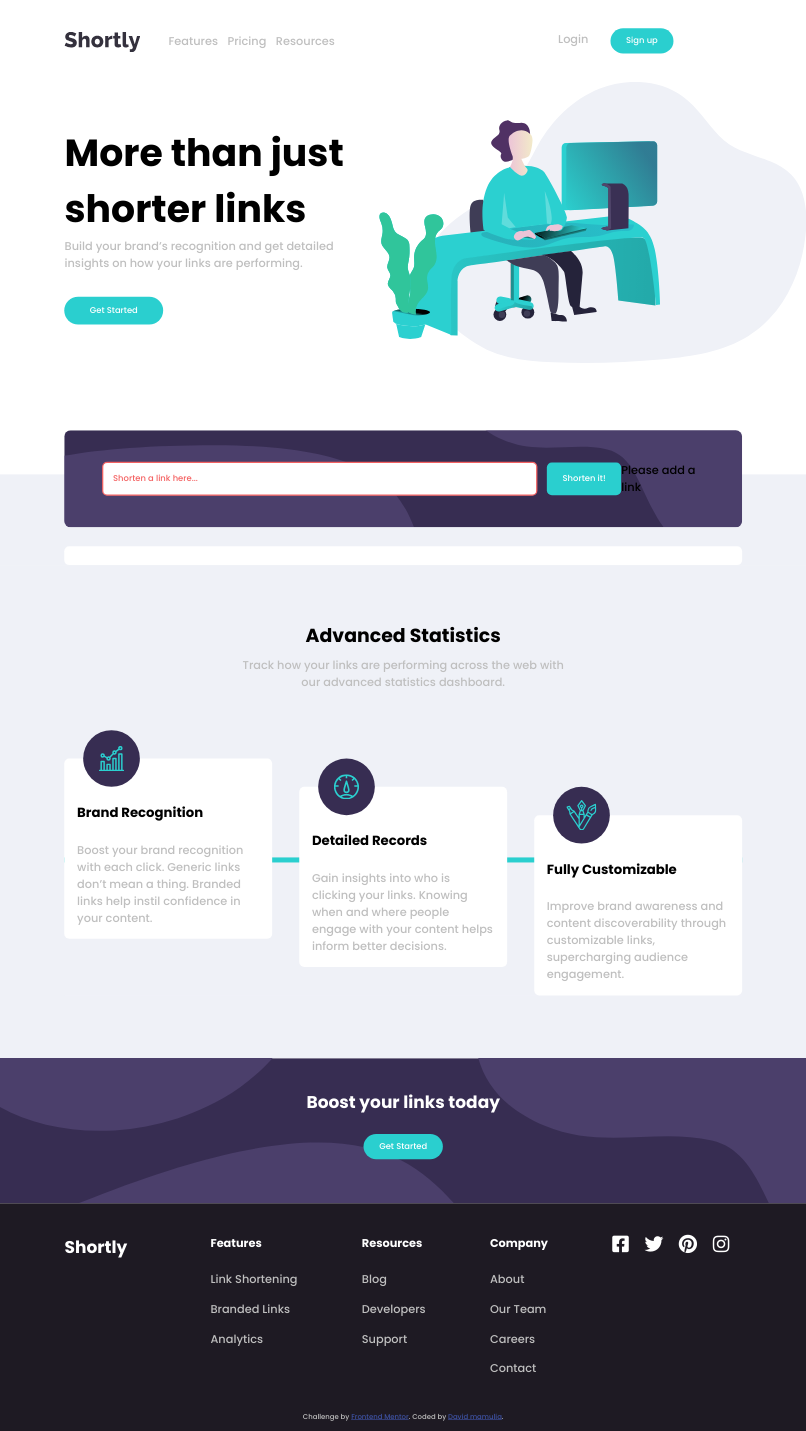
Repository: mamulini/URL-shortener
Page: index.html
The author's editor kept a copy of each file at every save. The page is drawn from the files as they stood at one save, then again after a run of saves.
The browser window is 1280 px wide. The pictures show the whole page, at 63% of full size.
Some web libraries are served in a nearby version. The style sheet was rebuilt from its Sass, Less or Tailwind sources for each picture, by a compiler version that may differ from the author's.

Above is the page before, as saved 2020-04-16 22:46:00.

### index.html
<!DOCTYPE html>
<html lang="en">
<head>
  <meta charset="UTF-8">
  <meta name="viewport" content="width=device-width, initial-scale=1.0"> <!-- displays site properly based on user's device -->

  <link rel="icon" type="image/png" sizes="32x32" href="./images/favicon-32x32.png">
  <link rel="stylesheet" href="https://cdnjs.cloudflare.com/ajax/libs/font-awesome/5.13.0/css/all.min.css">
  <link rel="stylesheet" href="./sass/main.css">

  <title>Frontend Mentor | Shortly URL shortening API Challenge</title>

  <!-- Feel free to remove these styles or customise in your own stylesheet 👍 -->

</head>
<body>
  <header class="header container">
    <a href="/" class="header__logo"><img src="./images/logo.svg" alt="logo">
    </a>
    <nav class="nav">
      <ul class="nav__menu">
        <li class="nav__item"><a class="nav__link" href="#">Features</a></li>
        <li class="nav__item"><a class="nav__link" href="#">Pricing</a></li>
        <li class="nav__item"><a class="nav__link" href="#">Resources</a></li>
      </ul>
    </nav>
    <div class="user">
      <a class="user__login" href="#" >Login</a>
      <button class="user__sign-up btn--blue" type="button">Sign up</button>
    </div>

  </header>
  <main class="main">
    <div class="intro">
      <div class="intro__description">
        <h1 class="intro__title">More than just shorter links</h1>
        <p class="intro__subtitle">Build your brand’s recognition and get detailed <br> insights
          on how your links are performing.</p>
        <button class="intro__btn btn--blue">Get Started</button>

      </div>
      <div class="intro__img">
        <img src="./images/illustration-working.svg" alt="image">
      </div>
    </div>
    <div class="shorten ">
      <div class="shorten__handler container">
        <form class="shorten__form">
          <input class="shorten__input" type="url" pattern="https://.*" value="" placeholder="Shorten a link here...">
          <button class="shorten__btn btn--blue" type="button">Shorten it!</button>
          <p class="shorten__subtitle">Please add a link</p>
        </form>
      </div>
      <div class="shorten__links container">

      </div>
    </div>
    <div class="statistics ">
      <h2 class="statistics__title">Advanced Statistics</h2>
      <p class="statistics__subtitle">Track how your links are performing across the web with our
        advanced statistics dashboard.</p>
      <div class="blocks_wrapper container">
        <hr class="blocks_wrapper__line">
        <div class="block block--1">
          <div class="block__icon">
            <img src="./images/icon-brand-recognition.svg" alt="icon" >
          </div>
          <h3 class="block__title">Brand Recognition</h3>
          <p class="block__subtitle">Boost your brand recognition with each click. Generic links don’t
            mean a thing. Branded links help instil confidence in your content.</p>
        </div>
        <div class="block block--2">
          <div class="block__icon">
            <img src="./images/icon-detailed-records.svg" alt="icon" >
          </div>
          <h3 class="block__title">Detailed Records</h3>
          <p class="block__subtitle">Gain insights into who is clicking your links. Knowing when and where
            people engage with your content helps inform better decisions.</p>
        </div>
        <div class="block block--3">
          <div class="block__icon">
            <img src="./images/icon-fully-customizable.svg" alt="icon" >
          </div>
          <h3 class="block__title">Fully Customizable</h3>
          <p class="block__subtitle">Improve brand awareness and content discoverability through customizable
            links, supercharging audience engagement.</p>
        </div>

      </div>
    </div>
    <div class="link_booster">
      <h2 class="link_booster__title">Boost your links today</h2>
      <button class="link_booster__btn btn--blue">Get Started</button>
    </div>
  </main>
  <div class="footer">
    <div class="footer__wrapper container">
      <h2 class="footer__logo">Shortly</h2>
    <div class="footer__nav-wrapper">
      <h3 class="footer__nav-title">Features</h3>
      <ul class="footer__nav-list">
        <li class="footer__nav-li"><a class="footer__nav-link" href="#">Link Shortening</a></li>
        <li class="footer__nav-li"><a class="footer__nav-link" href="#">Branded Links</a></li>
        <li class="footer__nav-li"><a class="footer__nav-link" href="#">Analytics</a></li>
      </ul>
    </div>
    <div class="footer__nav-wrapper">
      <h3 class="footer__nav-title">Resources</h3>
      <ul class="footer__nav-list">
        <li class="footer__nav-li"><a class="footer__nav-link" href="#">Blog</a></li>
        <li class="footer__nav-li"><a class="footer__nav-link" href="#">Developers</a></li>
        <li class="footer__nav-li"><a class="footer__nav-link" href="#">Support</a></li>
      </ul>
    </div>
    <div class="footer__nav-wrapper">
      <h3 class="footer__nav-title">Company</h3>
      <ul class="footer__nav-list">
        <li class="footer__nav-li"><a class="footer__nav-link" href="#">About</a></li>
        <li class="footer__nav-li"><a class="footer__nav-link" href="#">Our Team</a></li>
        <li class="footer__nav-li"><a class="footer__nav-link" href="#">Careers</a></li>
        <li class="footer__nav-li"><a class="footer__nav-link" href="#">Contact</a></li>
      </ul>
    </div>
    <div class="footer__icons-wrapper">
      <a href="#"><i class="fab fa-facebook-square footer__icon"></i></a>
      <a href="#"><i  class="fab fa-twitter footer__icon"></i></a>
      <a href="#"><i class="fab fa-pinterest footer__icon"></i></a>
      <a href="#"><i class="fab fa-instagram footer__icon"></i></a>
    </div>

    </div>
    <div class="attribution">
      Challenge by <a href="https://www.frontendmentor.io?ref=challenge" target="_blank">Frontend Mentor</a>.
      Coded by <a href="#">David mamulia</a>.
    </div>
  </div>
  <script src="./js/main.js"></script>
</body>
</html>

### JS/main.js
const input = document.querySelector('.shorten__input');
const shortenBtn = document.querySelector('.shorten__btn');
// const url = "https://rel.ink/api/links/";

input.addEventListener("focus", () => {
    input.value = "https://";
});

class ShortLinks {
    constructor(url, shortUrl){
        this.url = url;
        this.shortUrl = shortUrl;
    }

    static render(obj){
        const content = `
            <div class="shorten__genarate">
                <span class="shorten__long-link">${obj.url}</span>
                <a class="shorten__short-link" href="${obj.shortUrl}" target="_blank">${obj.shortUrl}</a>
                <button class="shorten__copy btn--blue">Copy</button>
                <span class="shorten__close"><i class="far fa-window-close fa-2x"></i></span >
            </div>
        `;

        document.querySelector(".shorten__links").insertAdjacentHTML("afterbegin", content);
    }
}

let storedLinks = (JSON.parse(localStorage.getItem("locaLinks")));

if (storedLinks){
    storedLinks.forEach(link => {
        ShortLinks.render(link);
    });
}else{ storedLinks = []; }



shortenBtn.addEventListener("click", () => {
    async function inputHandle(){
        const res = await fetch("https://rel.ink/api/links/", {
            method:"POST",
            body: JSON.stringify( {url: `${input.value}`} ),
            headers: { 'Content-Type': 'application/json' }
        });

        if (res.status > 200 && res.status < 400){
            const data = await res.json();

            storedLinks.push(new ShortLinks(input.value, `https://rel.ink/${data.hashid}`));
            input.value = "";

            //save to localStorage
            localStorage.setItem("locaLinks", JSON.stringify(storedLinks));

            ShortLinks.render(storedLinks[storedLinks.length - 1]);
        }else{
            document.querySelector(".shorten__input").classList.add("invalid");
            document.querySelector("form p").style.display = "block";

            setTimeout(() => {
                document.querySelector(".shorten__input").classList.remove("invalid");
                document.querySelector("form p").style.display = "none";
            }, 2500);
        }
    };

    inputHandle();
});

document.querySelector(".shorten__handler").addEventListener("click", (e) => {
    if (e.target.classList.contains("fa-window-close")){
        const delUrl = e.target.parentNode.previousSibling.previousSibling.previousSibling.previousSibling.firstChild.innerText;
        storedLinks = storedLinks.filter(link => link.shortUrl != delUrl);
        //save to localStorage
        localStorage.setItem("locaLinks", JSON.stringify(storedLinks));
        //disappear from DOM
        e.target.parentNode.parentNode.remove();
    }
});

document.querySelector(".shorten__handler").addEventListener("click", (e) => {
    if (e.target.innerText == "Copy"){
        //turn all copy buttons to "Copy" again (in case of they are not)
        const copyButtons = document.querySelectorAll(".shorten__handler div button");

        for (let i = 0; i < copyButtons.length; i++){
            console.log(copyButtons[i]);
            copyButtons[i].style.backgroundColor = "hsl(180, 66%, 49%)";
            copyButtons[i].innerText = "Copy";
        }

        e.target.style.backgroundColor = "hsl(257, 27%, 26%)";
        e.target.innerText = "Copied!";

        //copy shorten link to keyboard
        const copy = e.target.parentNode.previousSibling.previousSibling.firstChild.innerText;
        const input = document.createElement('textarea');
        document.body.appendChild(input);
        input.value = copy;
        input.select();
        document.execCommand('Copy');
        input.remove();
    }
});










// function getUrl(){
//     let protocolOk = url.startsWith('http://') || url.startsWith('https://') || url.startsWith('ftp://');
//     if(!protocolOk) {
//         newUrl = 'http://' + url;
//         return newUrl;
//     }else {
//         return url;
//     }
// }

// function genHash(){
//     if (window.location.hash == ''){
//         window.location.hash = getRandom();
//     }
// }

// function shortUrl(){
//     let longUrl = getUrl();
//     genHash();
//     sendRequest(longurl);
// }
































// postData(url, data)
//                 .then(res => {
//                     console.log(res);
//                 })
//                 .catch(() => {

//                 })
//                 .finally(() => {
//                     clearInputs();
//                 });

### sass/main.scss
@import url('https://fonts.googleapis.com/css2?family=Poppins:wght@500;700&display=swap');

// colors
$text_gray: hsl(0, 0%, 75%);
$cyan_btn:  hsl(180, 66%, 49%);
$dark_bg : #372d52;
$dark_blue: #1e1a23;
$red : hsl(0, 87%, 67%);
$light_bg: #eff1f7;

* {
    padding: 0;
    margin: 0;
    box-sizing: border-box;
}

body{
    font-size: 18px;
    font-family: 'poppins', sans-serif;
    font-weight: 500;

}

img {
    max-width: 100%;
}

.container {
    max-width: 84%;
    margin: 0 auto;
}

.header {
    margin-top: 40px;
    margin-bottom: 40px;
    display: flex;
    justify-content: flex-start;
    align-items: center;
    &__logo{
        flex: 0 0 25%;
        max-width: 150px;
        margin-top: 10px;
    }
}

.nav{
    flex: 0 0 25%;
    &__menu{
        display: flex;
        justify-content: space-between;
        list-style: none;

    }

    &__item{
        margin-left: 15px;
    }

    &__link{
        text-decoration: none;
        color: $text_gray;
        &:hover{
            color: #000000;
        }
    }
}

.user{
    flex: 0 0 50%;
    text-align: right;

    &__login{
        color: $text_gray;
        margin-right: 30px;
        text-decoration: none;
        &:hover{
            color: #000000;
        }
    }
}

.btn--blue{
    padding: 10px 25px;
    border: none;
    cursor: pointer;
    display: inline-block;
    border-radius: 50px;
    background: $cyan_btn;
    outline: none;
    color: #ffffff;
    font-family: 'poppins', sans-serif;
    font-weight: 500;

    &:hover{
        opacity: .5;
    }

    &:active{
        transform: scale(0.90);
    }
}

.intro{
    display: flex;
    justify-content: space-between;

    &__description{
        display: flex;
        flex-direction: column;
        justify-content: center;
        align-items: flex-start;
        max-width: 500px;
        margin-left: 8%;
    }

    &__title {
        font-size: 60px;
    }

    &__subtitle {
        text-align-last: left;
        color: $text_gray;
    }

    &__btn{
        margin-top: 40px;
        padding: 12px 40px;
    }
}

.shorten{
    background: $light_bg;
    margin-top: 170px;

    &__handler{
        background-image: url('../images/bg-shorten-desktop.svg');
        background-position: center;
        background-size: cover;
        background-color: $dark_bg;
        border-radius: 10px;
        position: relative;
        top: -70px;
        margin-bottom: -60px;
    }

    &__form{
        display: flex;
        justify-content: space-between;
        align-items: center;
        padding: 50px 60px;
        flex-wrap: wrap;
    }

    &__input{
        flex: 1;
        padding: 15px;
        border-radius: 8px;
        margin-right: 15px;
        font-family:'poppins', sans-serif;
        border: 2px solid $red;
        outline: none;
         &::placeholder{
            color: $red;
         }
    }

    &__btn{
        border-radius: 8px;
        padding-top: 15px;
        padding-bottom: 17px;
    }

    &__subtitle{
        flex: .2;
    }

    &__links{
        background: #ffffff;
        padding: 15px;
        margin-top: 20px;
        border-radius: 8px;
    }

    &__genarate{
        list-style: none;
        display: flex;
        justify-content: space-between;
        align-items: center;
    }

    &__long-link{
        flex: 1;
    }

    &__short-link{
        padding: 15px;
        color: $cyan_btn;
    }

    &__copy{
        margin-right: 10px;
        border-radius: 8px;
        padding: 8px 15px;
    }
}

.statistics{
    background: $light_bg;
    text-align: center;
    padding-top: 90px;
    padding-bottom: 100px;


    &__title {
        font-size: 30px;
    }
    &__subtitle{
        max-width: 520px;
        margin: 10px auto;
        color: $text_gray;
    }
}

.blocks_wrapper {
    display: flex;
    justify-content: space-between;
    flex-wrap: wrap;
    background: $light_bg;
    margin-top: 100px;
}

.block{
    flex: 0 0 calc(33% - 25px);
    background: #ffffff;
    height: 30%;
    text-align: left;
    border-radius: 8px;
    z-index: 1;


    &--2{
        margin-top: 45px;
    }
    &--3{
        margin-top: 90px;
    }
    &__icon{
        background: $dark_bg ;
        padding: 20px;
        border-radius: 100%;
        display: inline-block;
        width: 90px;
        height: 90px;
        display: flex;
        justify-content: center;
        align-items: center;
        margin-left: 30px;
        transform:translateY(-45px);
    }
    &__title{
        padding:0 30px 30px 20px;
        margin-top: -20px;
    }
    &__subtitle{
        padding: 0 20px 20px;
        line-height: 1.5;
        color: $text_gray;
    }
}

.blocks_wrapper__line{
    border: 4px solid $cyan_btn;
    transform:translateY(165px);
    position: relative;
    flex: 100%;

}

.link_booster{
    text-align: center;
    background: $dark_bg url('../images/bg-boost-desktop.svg') no-repeat center;
    // background-size: cover;
    height: 230px;

    &__title{
        color: #ffffff;
        padding-top: 50px;
    }
    &__btn{
        margin-top: 30px;
        &:hover{
            opacity: .7;
        }
    }
}


.footer{
    background: $dark_blue;
    &__wrapper{
        padding-top: 50px;
        display: flex;
        justify-content: space-between;

    }

    &__logo {
        color: #ffffff;
        padding-right: 30px;

    }

    &__nav-wrapper{
        margin-bottom: 40px;
    }

    &__nav-list{
        list-style: none;

    }

    &__nav-li {
        padding-top: 20px;
    }

    &__nav-title{
        color: #ffffff;
        padding-bottom: 10px;
        font-size: 18px;

    }

    &__nav-link{
        text-decoration: none;
        color: $text_gray;
        margin-top: 30px;
        &:hover{
            color: $cyan_btn;
        }
    }

    &__icon{
        color: #ffffff;
        padding-right: 20px;
        font-size: 30px;
        &:hover{
            color: $cyan_btn;
        }
    }
}

.attribution { font-size: 11px; text-align: center; color: $text_gray; padding: 15px; }
.attribution a { color: hsl(228, 45%, 44%); }

After the next 2 saves:
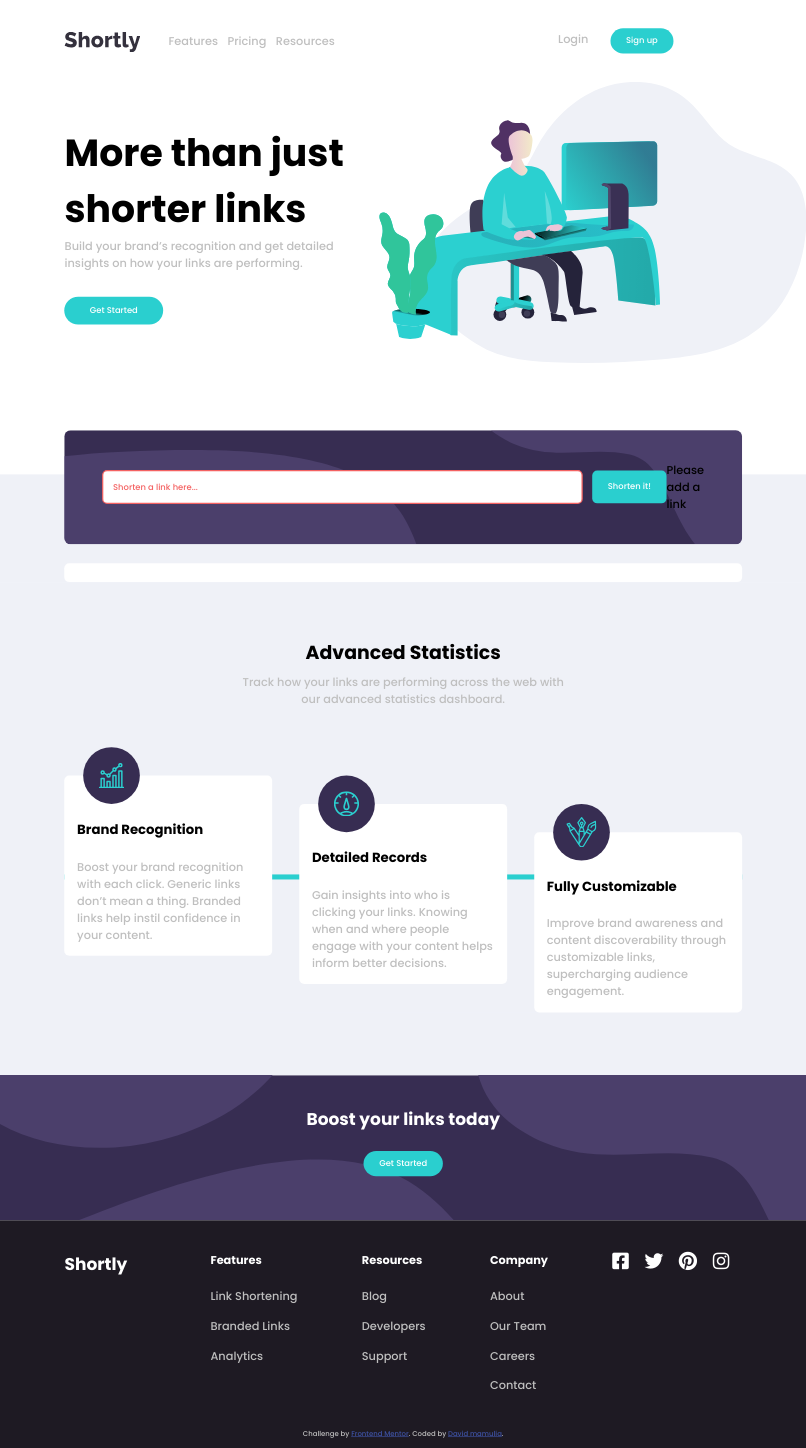
The 2 saves are shown as one change because they came seconds apart.
The last was saved 7 s later.
--- a/sass/main.scss
+++ b/sass/main.scss
@@ -171,7 +171,7 @@
     }
 
     &__subtitle{
-        flex: .2;
+        flex: 0;
     }
 
     &__links{

After the save that followed:
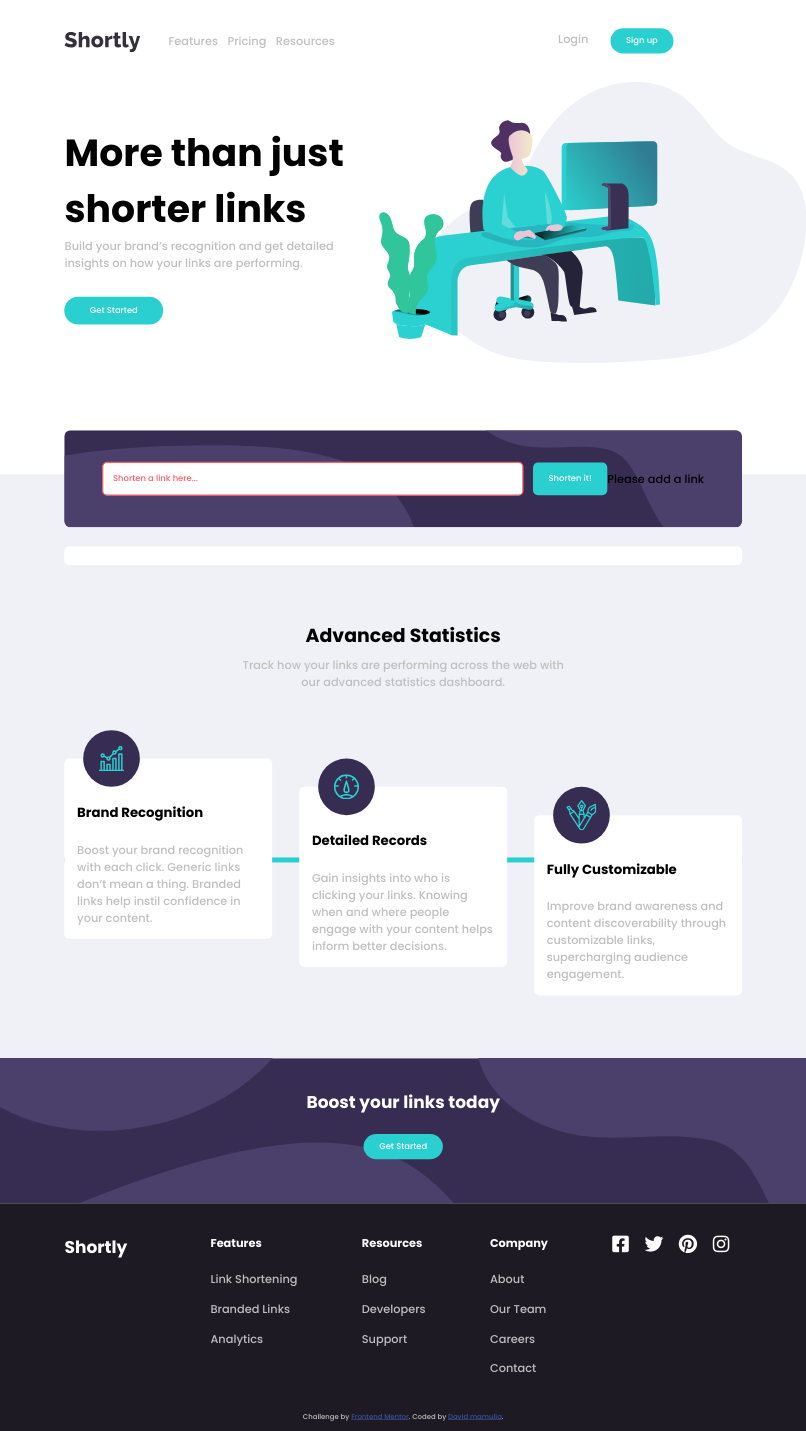
Saved 10 s later.
--- a/sass/main.scss
+++ b/sass/main.scss
@@ -171,7 +171,7 @@
     }
 
     &__subtitle{
-        flex: 0;
+
     }
 
     &__links{
